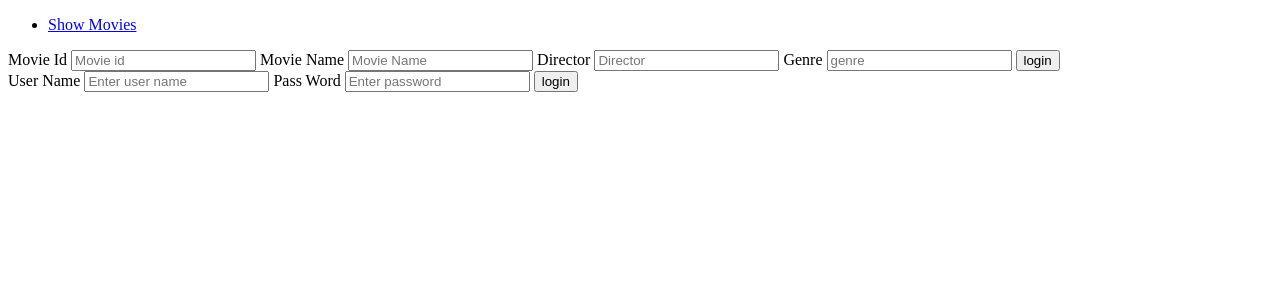
Repository: aishwarya-sankhla/JavaTraining
Page: WebApplication/WebContent/index.html
These files come from the project's save history. The page is drawn as it stood at one moment and after the next save; the edit follows.
The browser window is 1280 px wide. The pictures show the whole page.

Above is the page before, as saved 2018-09-28 11:53:20.

After the next save:
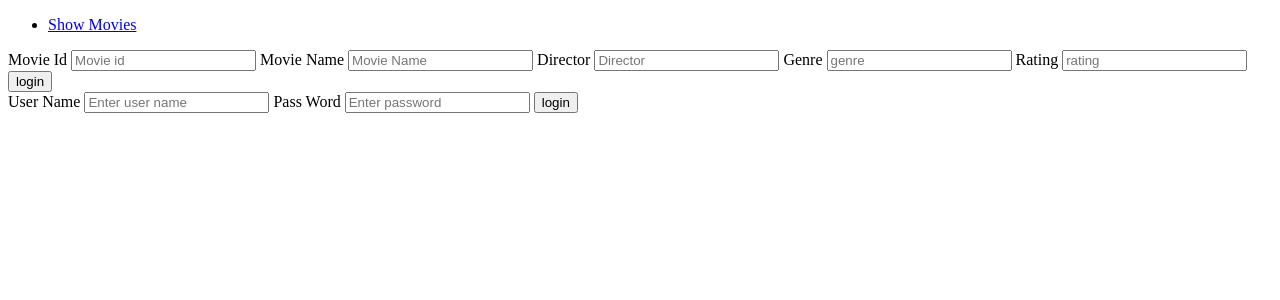
Saved 98 s later.
--- a/WebApplication/WebContent/index.html
+++ b/WebApplication/WebContent/index.html
@@ -17,6 +17,8 @@
 	<input type="text" name="director" placeholder="Director" id="director"/>
 	<label for="genre">Genre</label>
 	<input type="text" name="genre" placeholder="genre" id="genre"/>
+	<label for="rating">Rating</label>
+	<input type="text" name="rating" placeholder="rating" id="rating"/>
 	<input type="submit" value="login"/>
 </form>
 
